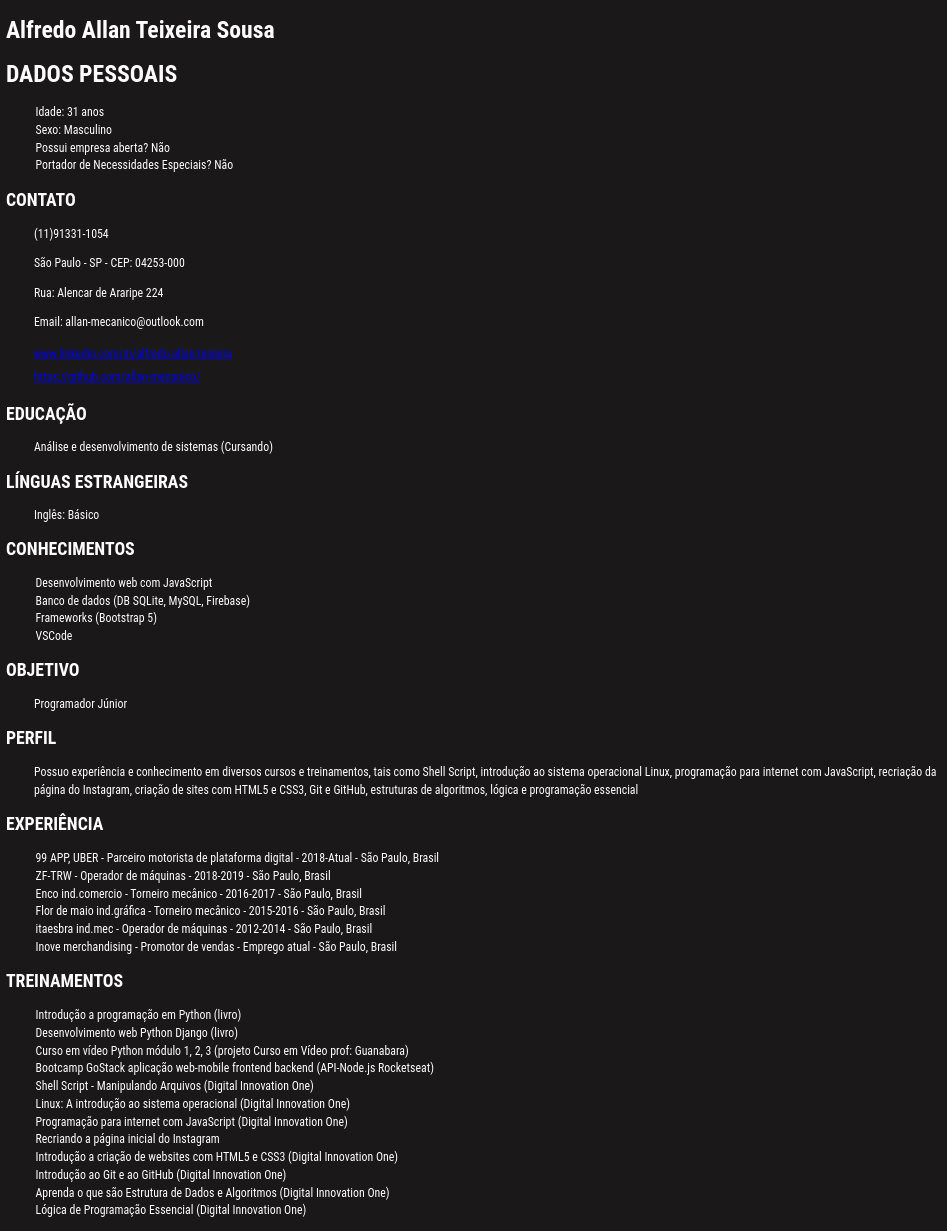
Repository: alfredo-allan/Portfolio
Page: curriculo.html
An editor plug-in stored every save of this project. The page is shown before and after the next save, followed by the edit.
The browser window is 1280 px wide. The pictures show the whole page, at 74% of full size.

Above is the page before, as saved 2024-03-20 15:24:08.

After the next save:
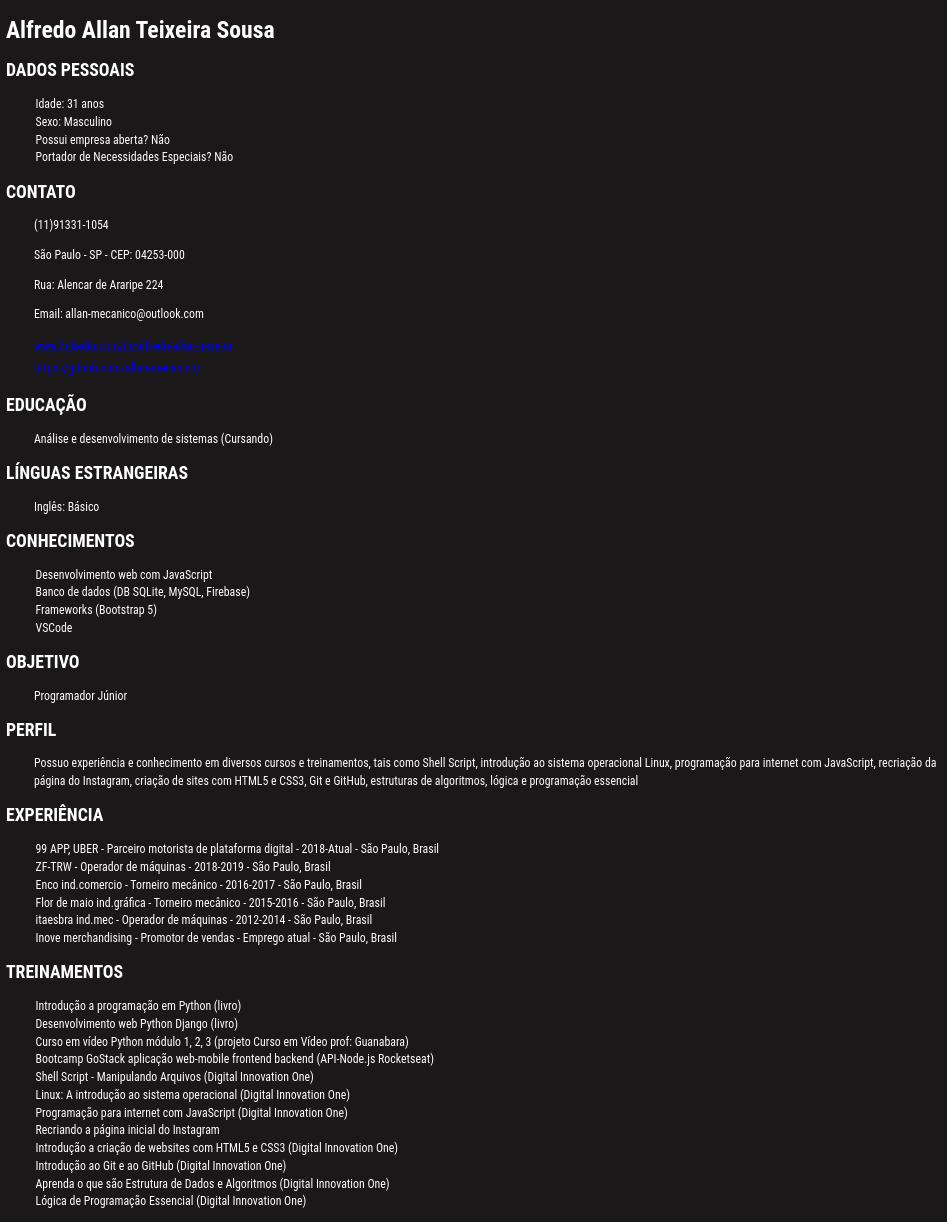
Saved 30 s later.
--- a/curriculo.html
+++ b/curriculo.html
@@ -12,7 +12,7 @@
 <body>
   <h1 id="nome">Alfredo Allan Teixeira Sousa</h1>
 
-	<h1>DADOS PESSOAIS</h1>
+	<h2>DADOS PESSOAIS</h1>
 	<ul>
 		<li>Idade: 31 anos</li>
 		<li>Sexo: Masculino</li>
